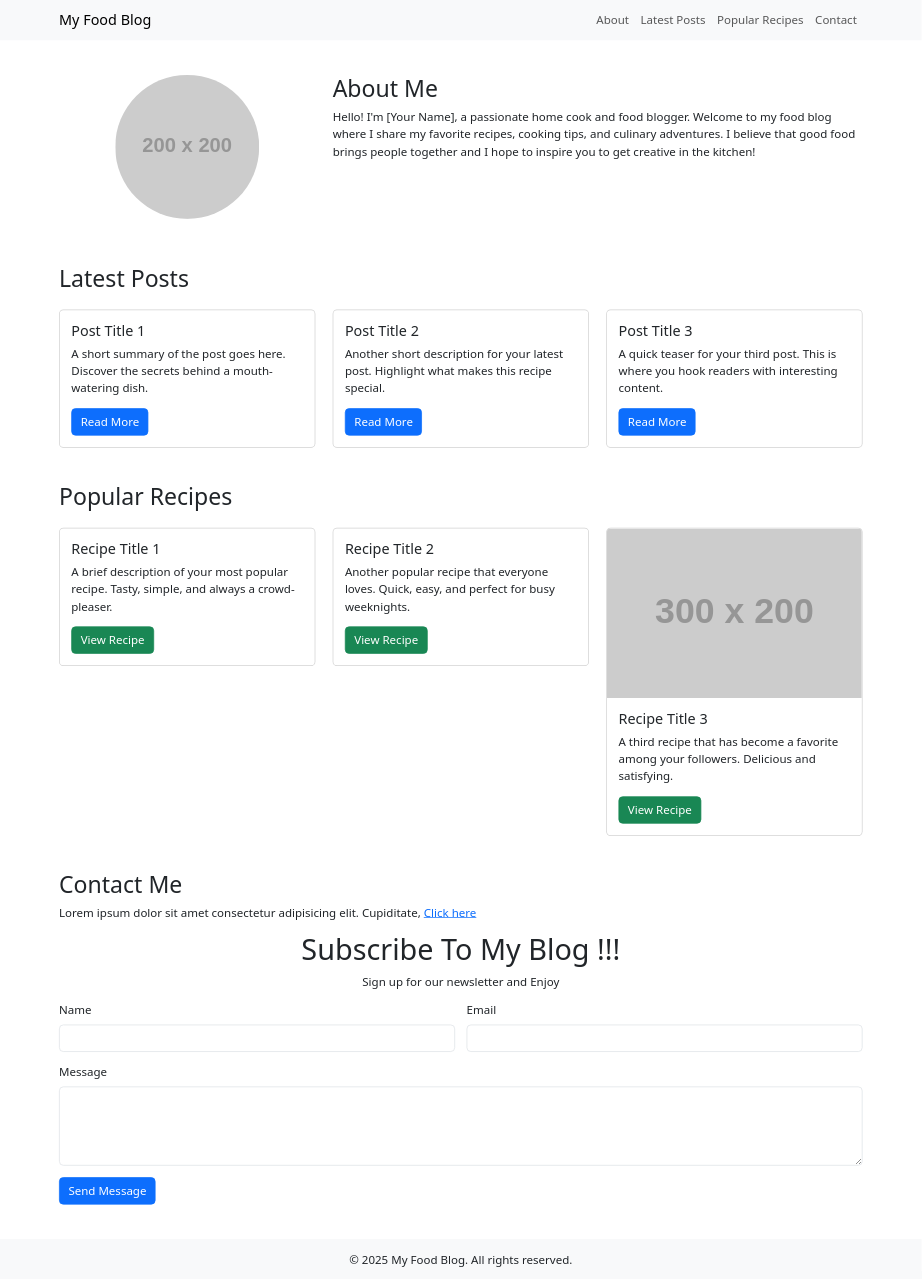
Repository: arunyerram/Web-TEChnologies
Page: 15.03.2025.html
An editor plug-in stored every save of this project. The page is shown before and after the next save, followed by the edit.
The browser window is 1280 px wide. The pictures show the whole page, at 72% of full size.

Above is the page before, as saved 2025-03-19 11:26:44.

After the next save:
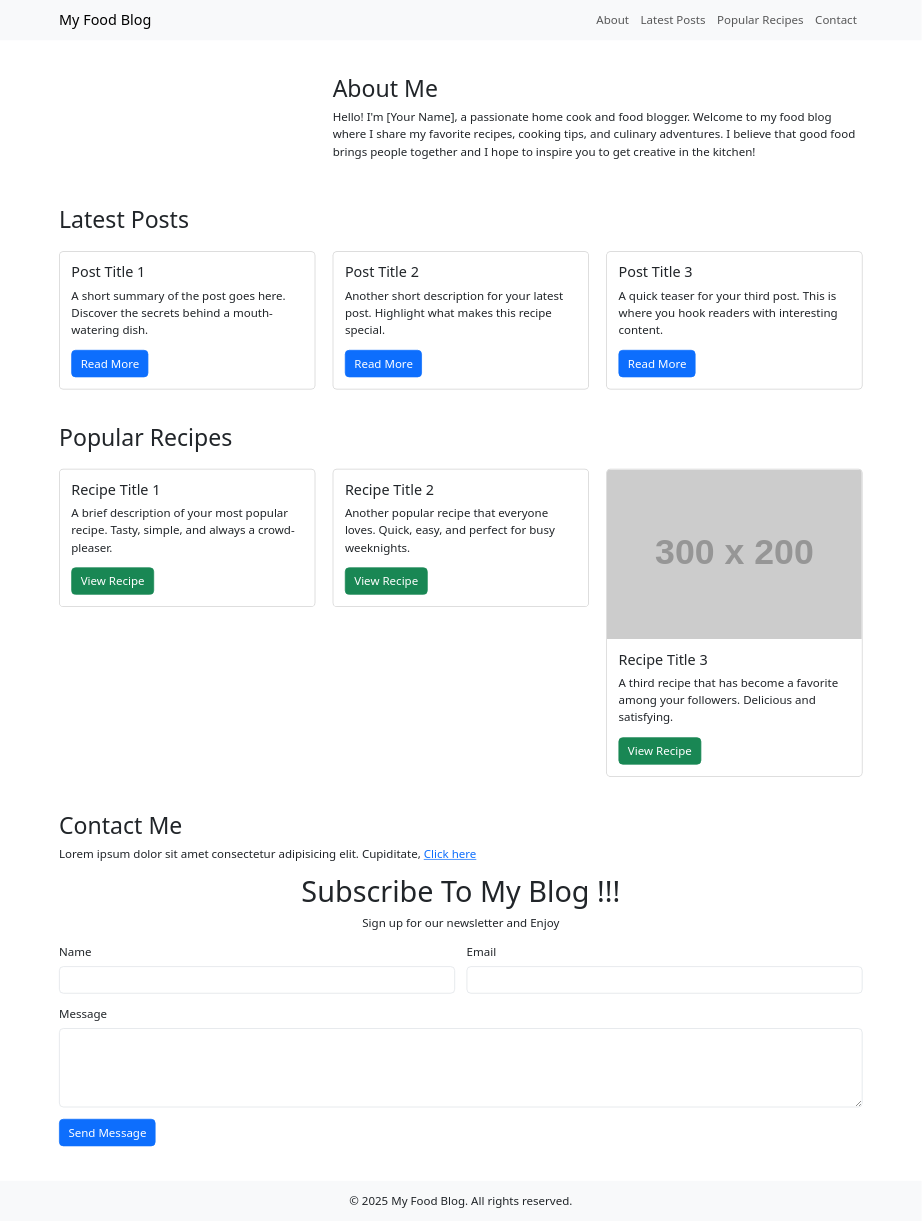
Saved 5 s later.
--- a/15.03.2025.html
+++ b/15.03.2025.html
@@ -57,11 +57,11 @@
       <div class="row">
         <div class="col-md-4 text-center">
           <!-- Replace with your own image -->
-          <img
-            src="https://via.placeholder.com/200"
-            alt="Author"
-            class="img-fluid rounded-circle mb-3"
-          />
+          <!-- <img -->
+            <!-- src="https://via.placeholder.com/200" -->
+            <!-- alt="Author" -->
+            <!-- class="img-fluid rounded-circle mb-3" -->
+          <!-- /> -->
         </div>
         <div class="col-md-8">
           <h2>About Me</h2>
